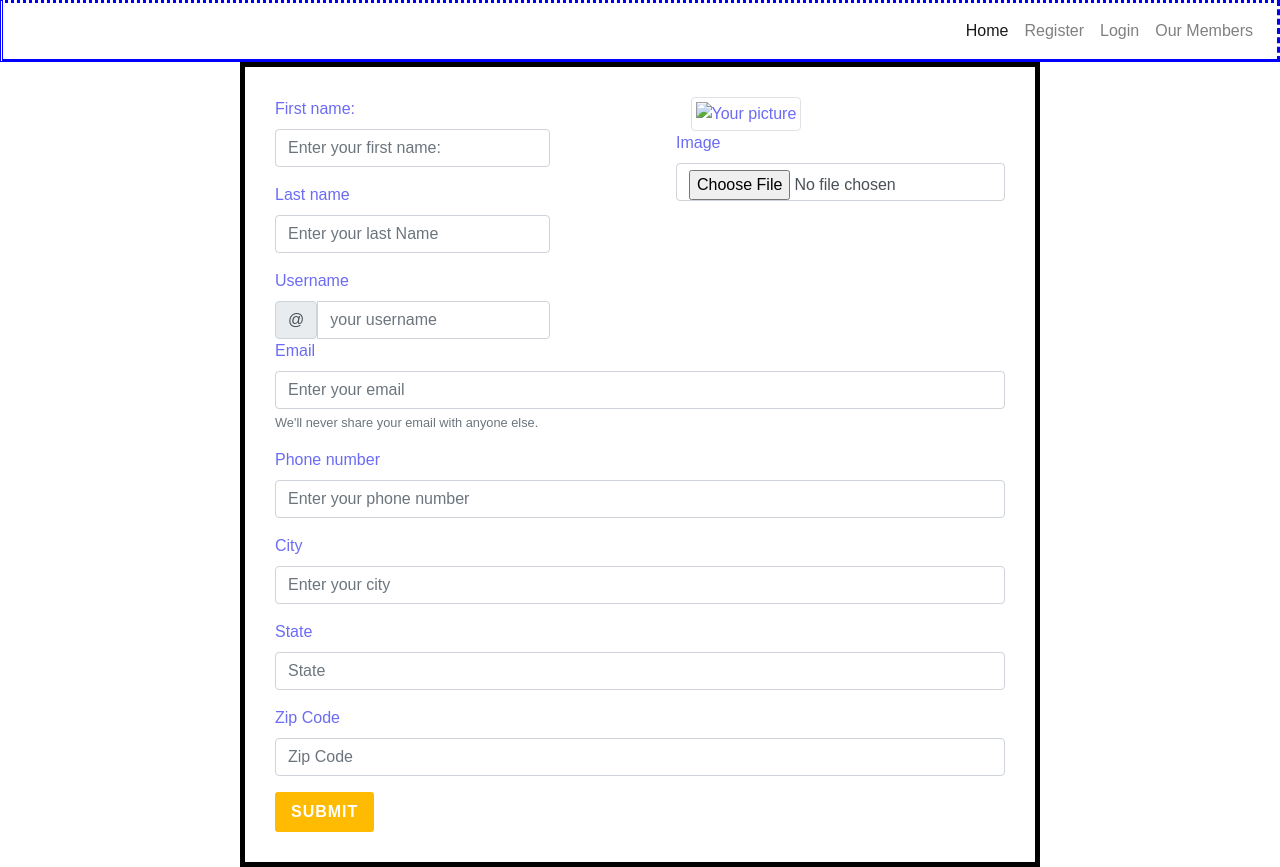
Repository: EMERIC237/Together_project
Page: /inscription (app in frontTo/)
The author's editor kept a copy of each file at every save. The page is drawn from the files as they stood at one save, then again after a run of saves.
The browser window is 1280 px wide. The pictures show the whole page.
The project was rebuilt for these pictures with package versions that can differ from the ones it lists, and the page was loaded fresh each time. Also part of the build but not shown: frontTo/src/home.css, frontTo/src/Home.jsx, frontTo/src/utils/helper.js, frontTo/src/components/Pagination.jsx, frontTo/src/components/CustomTable.jsx, frontTo/src/Members.css, frontTo/src/Members.jsx.

Above is the page before, as saved 2022-07-12 05:22:12.

After the next 2 saves:
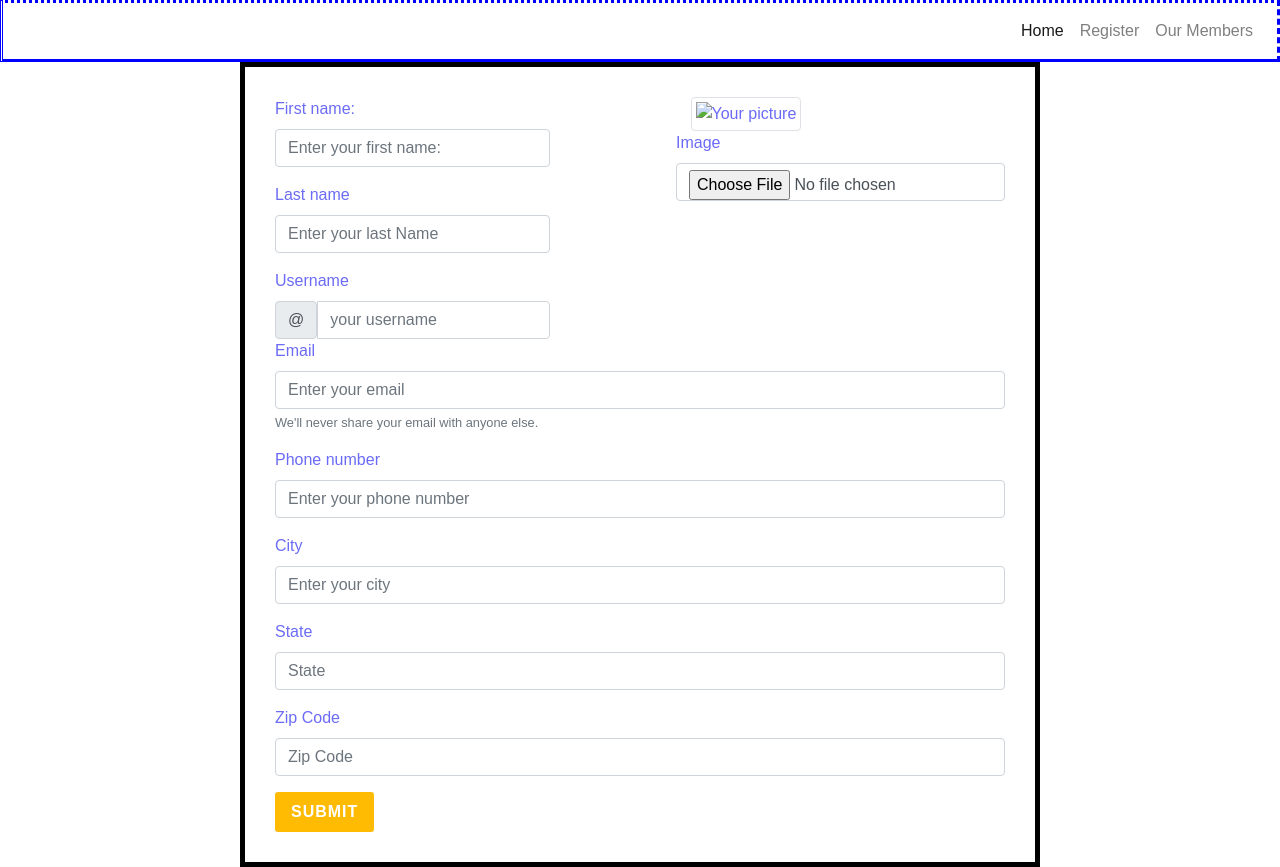
The 2 saves are shown as one change because they came seconds apart.
The last was saved 8 min 21 s later.
--- a/frontTo/src/Navigation.jsx
+++ b/frontTo/src/Navigation.jsx
@@ -15,9 +15,10 @@ export class Navigation extends Component {
             <Nav.Item>
               <Nav.Link href="/inscription">Register</Nav.Link>
             </Nav.Item>
-            <Nav.Item>
+
+            {/* <Nav.Item>
               <Nav.Link href="/login">Login</Nav.Link>
-            </Nav.Item>
+            </Nav.Item> */}
             <Nav.Item>
               <Nav.Link href="/members">Our Members</Nav.Link>
             </Nav.Item>
